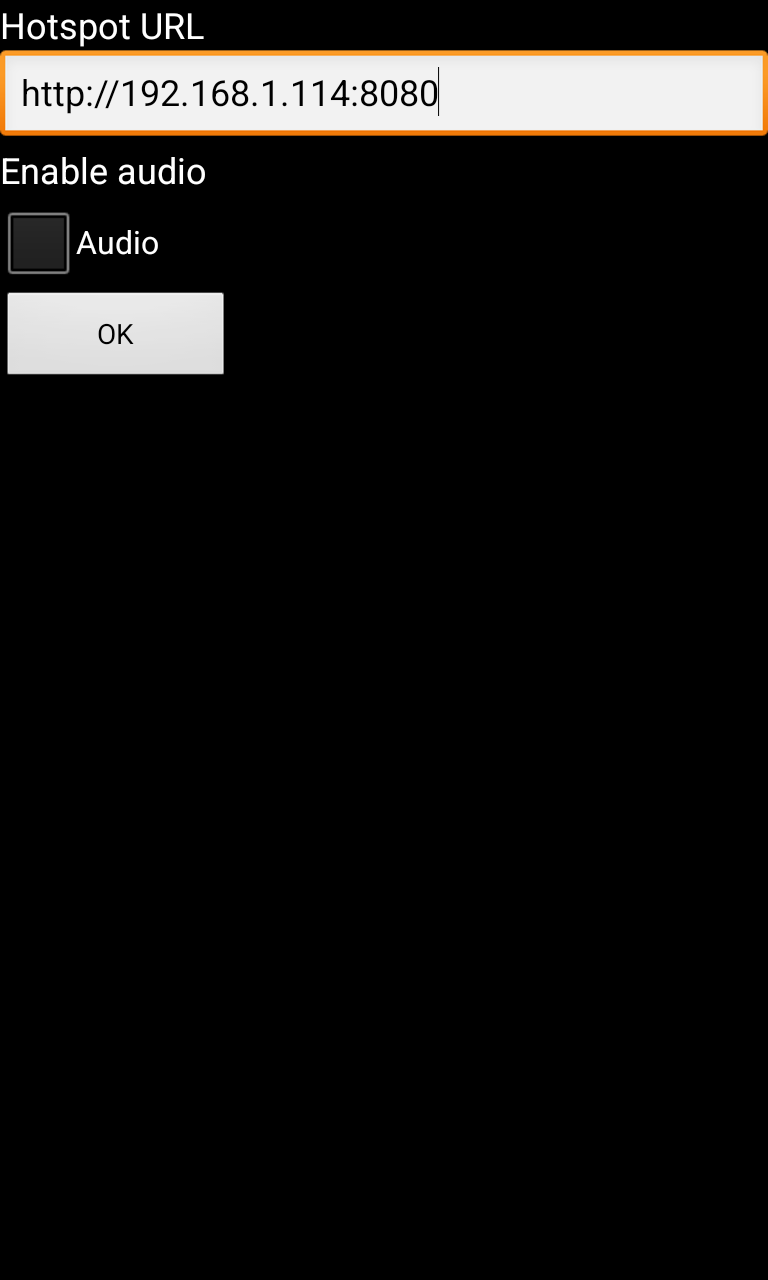
Repository: ebu/ebu-broadcast-hotspot
Layout: eclipse/broadcastinghotspot/res/layout/configuration.xml
These files come from the project's save history. The layout is drawn as it stood at one moment and after the next save; the edit follows.
It is drawn on a 768 x 1280 px phone screen (xhdpi) without system bars, with theme android:Theme; the app's code is not run.

Above is the layout before, as saved 2011-08-30 12:47:13.

### eclipse/broadcastinghotspot/res/layout/configuration.xml
<?xml version="1.0" encoding="utf-8"?>
<LinearLayout xmlns:android="http://schemas.android.com/apk/res/android"
	android:orientation="vertical"
	android:layout_width="match_parent"
	android:layout_height="match_parent"
	android:weightSum="1">

	<TextView android:textAppearance="?android:attr/textAppearanceMedium"
		android:id="@+id/textView1"
		android:text="Hotspot URL"
		android:layout_height="wrap_content"
		android:layout_width="wrap_content"></TextView>

	<EditText android:id="@+id/confUrl"
	android:layout_height="wrap_content"
		android:layout_width="match_parent"
		android:text="@string/url">
		<requestFocus></requestFocus>
	</EditText>

	<TextView android:textAppearance="?android:attr/textAppearanceMedium"
		android:id="@+id/textView2"
		android:text="Enable audio"
		android:layout_height="wrap_content"
		android:layout_width="wrap_content"></TextView>

	<CheckBox
	android:text="Audio"
	android:id="@+id/checkBoxAudio"
	android:layout_width="wrap_content"
	android:layout_height="wrap_content"></CheckBox>

	<Button
	android:text="OK" android:layout_height="wrap_content" android:id="@+id/OKButton" android:layout_width="116dp"></Button>



</LinearLayout>

### eclipse/broadcastinghotspot/res/values/strings.xml
<?xml version="1.0" encoding="utf-8"?>
<resources>
    <string name="hello">Please choose RX technology</string>
    <string name="app_name">EBU BC Hotspot</string>
    <string name="choose_programme">Please choose the programme</string>
    <string name="app_title">EBU Broadcasting Hotspot</string>
    <string name="url">http://192.168.1.114:8080</string>
</resources>

After the next save:
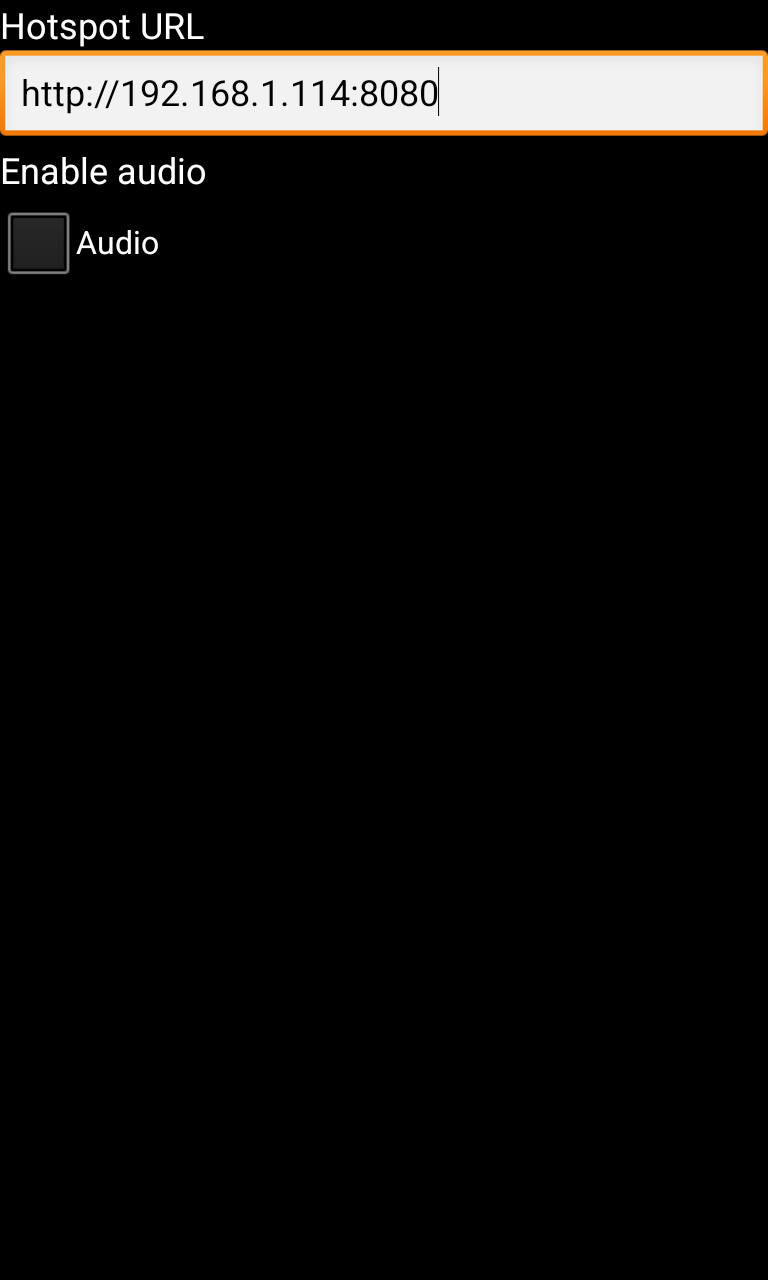
Saved 42 s later.
--- a/eclipse/broadcastinghotspot/res/layout/configuration.xml
+++ b/eclipse/broadcastinghotspot/res/layout/configuration.xml
@@ -30,9 +30,6 @@
 	android:layout_width="wrap_content"
 	android:layout_height="wrap_content"></CheckBox>
 
-	<Button
-	android:text="OK" android:layout_height="wrap_content" android:id="@+id/OKButton" android:layout_width="116dp"></Button>
-
 
 
 </LinearLayout>
